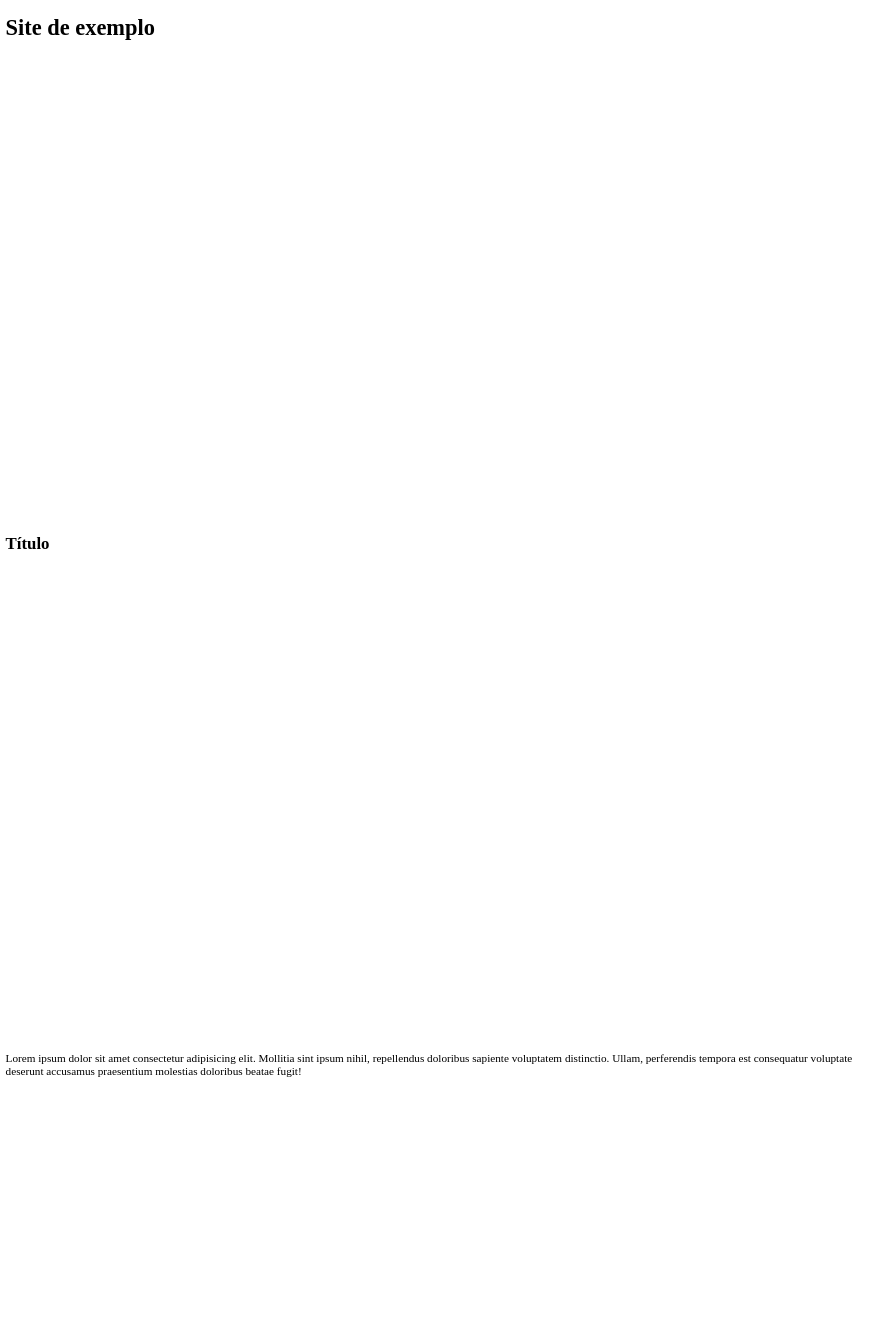
Repository: pheonix5/Estudo
Page: html-css/exercicios/ex016/cor03.html
The author's editor kept a copy of each file at every save. The page is drawn from the files as they stood at one save, then again after the next save.
The browser window is 1280 px wide. The pictures show the part of the page from y = 0 to 1920 px (the page is 7390 px tall before and 720 px after), at 70% of full size.

Above is the page before, as saved 2023-08-10 21:45:51.

### html-css/exercicios/ex016/cor03.html
<!DOCTYPE html>
<html lang="pt-br">
<head>
  <meta charset="UTF-8">
  <meta name="viewport" content="width=device-width, initial-scale=1.0">
  <title>Site de exemplo</title>
  <link rel="stylesheet" href="style.css">
</head>
<body>
  <main>
    <h1>Site de exemplo</h1>
    <h2>Título</h2>
    <p>Lorem ipsum dolor sit amet consectetur adipisicing elit. Mollitia sint ipsum nihil, repellendus doloribus sapiente voluptatem distinctio. Ullam, perferendis tempora est consequatur voluptate deserunt accusamus praesentium molestias doloribus beatae fugit!</p>
    <p>Lorem ipsum dolor sit amet consectetur adipisicing elit. Iusto, laudantium! Voluptates eos mollitia maiores? Quos soluta commodi reprehenderit suscipit, cupiditate hic harum neque, itaque iste architecto quam modi! Numquam, praesentium!</p>

    <h2>Título 2</h2>
    <p>Lorem ipsum dolor, sit amet consectetur adipisicing elit. Magni totam, corporis ipsum commodi tenetur sit possimus dignissimos maiores saepe laborum itaque quae asperiores repellat veniam necessitatibus maxime! Iusto, laborum ratione!</p>
    <p>Lorem, ipsum dolor sit amet consectetur adipisicing elit. Voluptatibus explicabo pariatur a laborum quia! Similique perferendis magni aliquam quod, ad distinctio sequi neque necessitatibus voluptates eos, sapiente debitis, dolorem porro!</p>
    <h2>Título 3</h2>
    <p>Lorem ipsum dolor sit amet consectetur adipisicing elit. Nam doloribus sint nostrum? Fuga, eaque similique veniam tempore tempora facere nam sunt. Minima hic nihil ducimus, iusto sint quos a fugit!</p>
    <p>Lorem ipsum dolor, sit amet consectetur adipisicing elit. Eaque ex error voluptas iste mollitia maxime aut quidem rem, et molestiae eveniet, sit id inventore, ipsam libero. Voluptatibus doloribus quisquam rem?</p>
  </main>
</body>
</html>

### html-css/exercicios/ex016/style.css
@charset "UTF-8";

*{
  height: 100%;
}

After the next save:
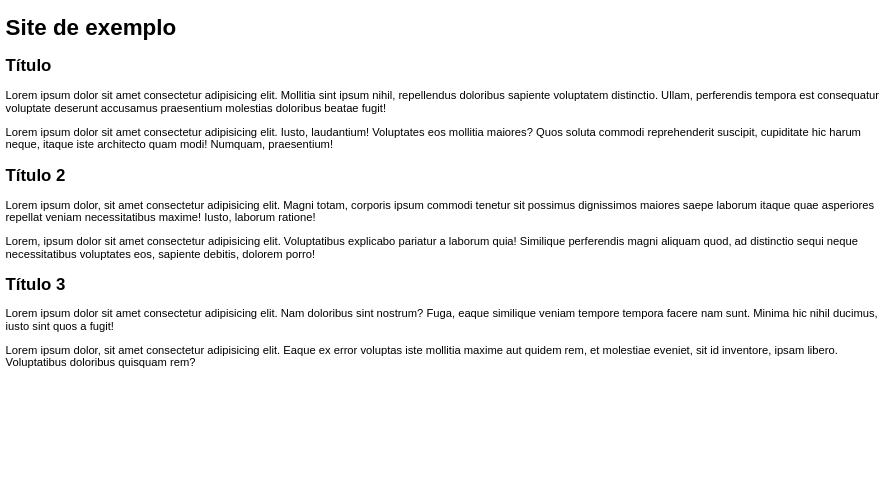
Saved 30 s later.
--- a/html-css/exercicios/ex016/style.css
+++ b/html-css/exercicios/ex016/style.css
@@ -1,5 +1,10 @@
 @charset "UTF-8";
 
 *{
-  height: 100%;
+  font-family: Arial, Helvetica, sans-serif;
+  /* height: 100%; */
 }
+
+body{
+  font
+}
